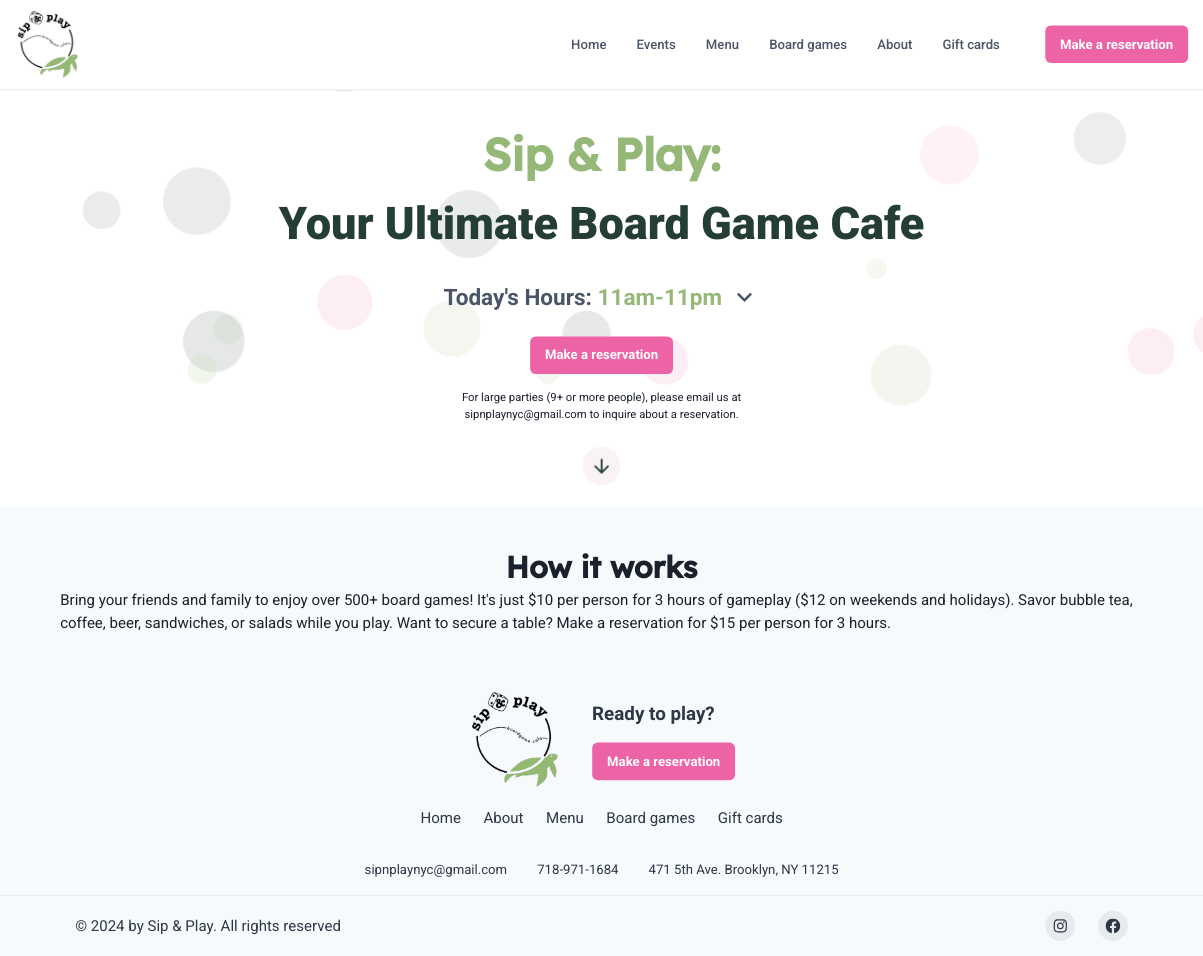
Repository: natespinetti/codedexsummerhackathon
Page: /
The author's editor kept a copy of each file at every save. The page is drawn from the files as they stood at one save, then again after the next save.
The browser window is 1280 px wide. The pictures show the whole page, at 94% of full size.
The project was rebuilt for these pictures with package versions that can differ from the ones it lists, and the page was loaded fresh each time. The framework's server and built-in components were replaced by stand-ins that run in the browser. Also part of the build but not shown: next.config.mjs.

Above is the page before, as saved 2024-07-11 16:48:46.

After the next save:
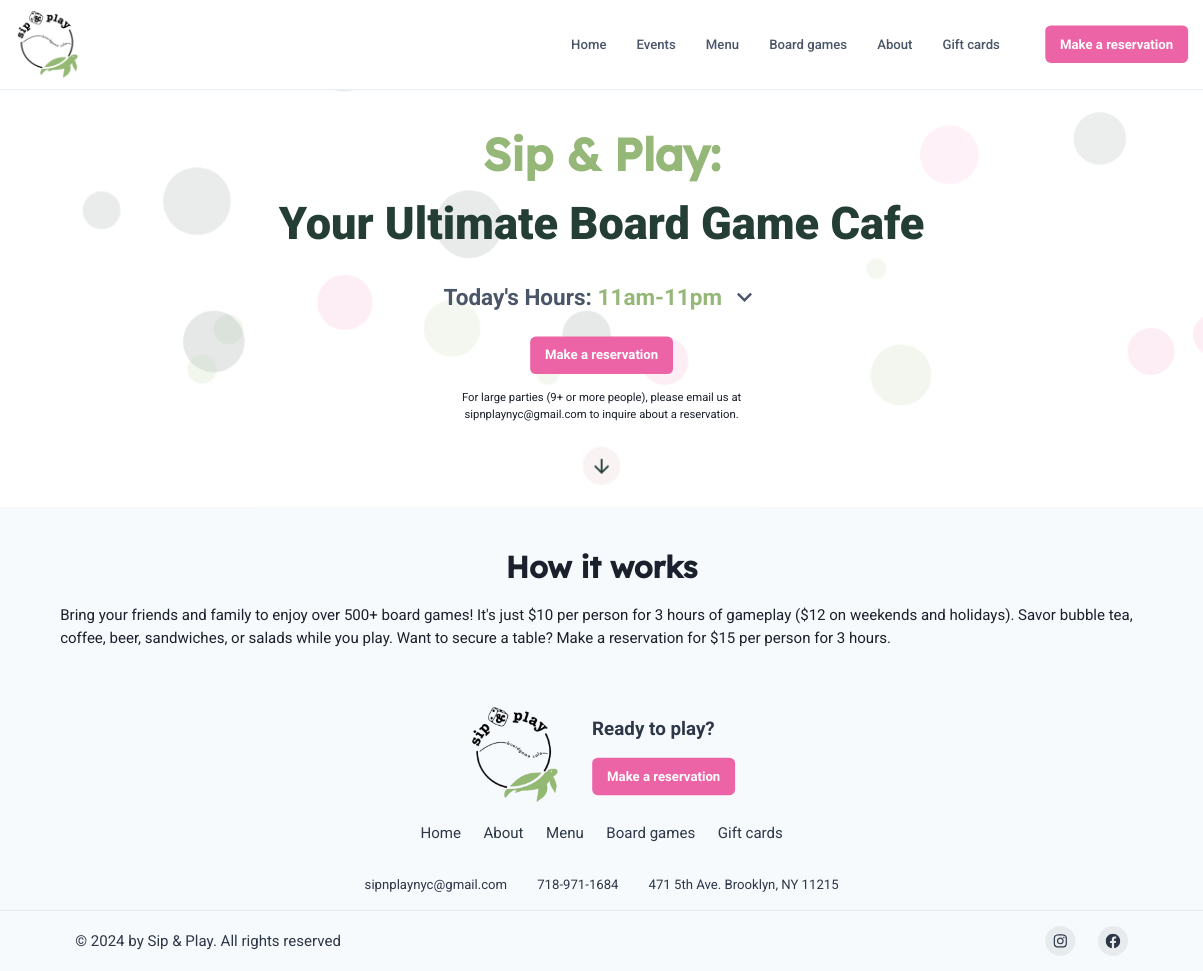
Saved 78 s later.
--- a/app/page.tsx
+++ b/app/page.tsx
@@ -14,6 +14,7 @@
             fontFamily="heading"
             fontWeight={700}
             textAlign="center"
+            mb="1rem"
           >
             How it works
           </Text>
